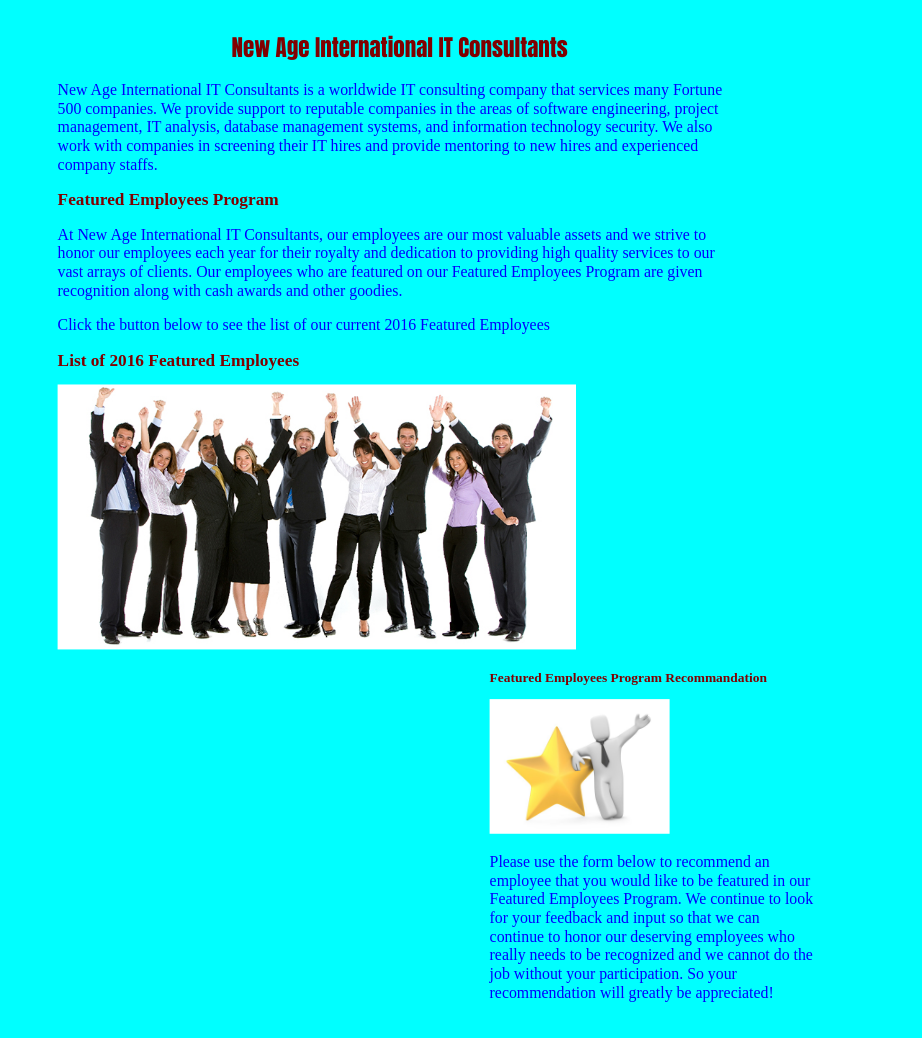
Repository: myjavaweb2/Week5JDBCAssignments
Page: myweek4project/src/main/webapp/employee.html
The author's editor kept a copy of each file at every save. The page is drawn from the files as they stood at one save, then again after the next save.
The browser window is 1280 px wide. The pictures show the whole page, at 72% of full size.

Above is the page before, as saved 2016-08-30 18:05:26.

### myweek4project/src/main/webapp/employee.html
<!DOCTYPE html>
<html>
<head>
<meta charset="ISO-8859-1">
<title>Employee Recognition Program</title>

<link rel="stylesheet" type="text/css" href="styles.css">
</head>
<body>

<main>
<h1>New Age International IT Consultants</h1>
<p>New Age International IT Consultants is a worldwide IT consulting company
that services many Fortune 500 companies. We provide support to reputable
companies in the areas of software engineering, project management, IT analysis,
database management systems, and information technology security. We also work
with companies in screening their IT hires and provide mentoring to new hires
and experienced company staffs.</p>

<h2>Featured Employees Program</h2>
<p>At New Age International IT Consultants, our employees are our most valuable
assets and we strive to honor our employees each year for their royalty and
dedication to providing high quality services to our vast arrays of clients.
Our employees who are featured on our Featured Employees Program are given
recognition along with cash awards and other goodies.</p>




<p>Click the button below to see the list of our current 2016 Featured Employees</p>

<h2>List of 2016 Featured Employees</h2>

<img alt="2016 Featured Employees" src="images/employees.jpg">

</main>

<aside>
<h3>Featured Employees Program Recommandation</h3>

<img alt="2016 Featured Employees" src="images/employee_pride.jpg" width="250px">

<p>Please use the form below to recommend an employee that you would like to be
featured in our Featured Employees Program. We continue to look for your feedback
and input so that we can continue to honor our deserving employees who really
needs to be recognized and we cannot do the job without your participation.
So your recommendation will greatly be appreciated!</p>

</aside>

<footer>

</footer>

</body>
</html>

### myweek4project/src/main/webapp/styles.css
html, body {
	margin: 0;
	padding: 0;
	border: 0;
	font-size: 100%;
	background-color: aqua;
}

header {
	height: 135px;
}

main {
	width: 950px;
	background-color: aqua;
	float: left;
	padding-left: 0;
	padding-right: 0;
	position: relative;
	right: 20px;
  	left: 80px;
  	top: 20px;
  	bottom: 15px;
}

aside {
	width: 450px;
	background-color: aqua;
	float: right;
	padding: 25px;
	padding-right: 150px;
}

footer {
	clear: left;
	padding: 35px;
	border: 5px;
	text-align: center;
}

p {
	font-style: Times New Roman, Tahoma, sans serif;
	font-size: 22px;
	color: blue;
}

h1, h2, h3 {
	font-family: fantasy, serif;
	color:maroon;
}

h1 {
	font-family: "Helvetica-Bold",Impact, sans serif;
	text-align: center;

}

ul {
	color:teal;
	font-size: 20px;
}
a {
	color: purple;
	text-decoration: none;
}

a:hover {

    text-decoration: line-through;
}

After the next save:
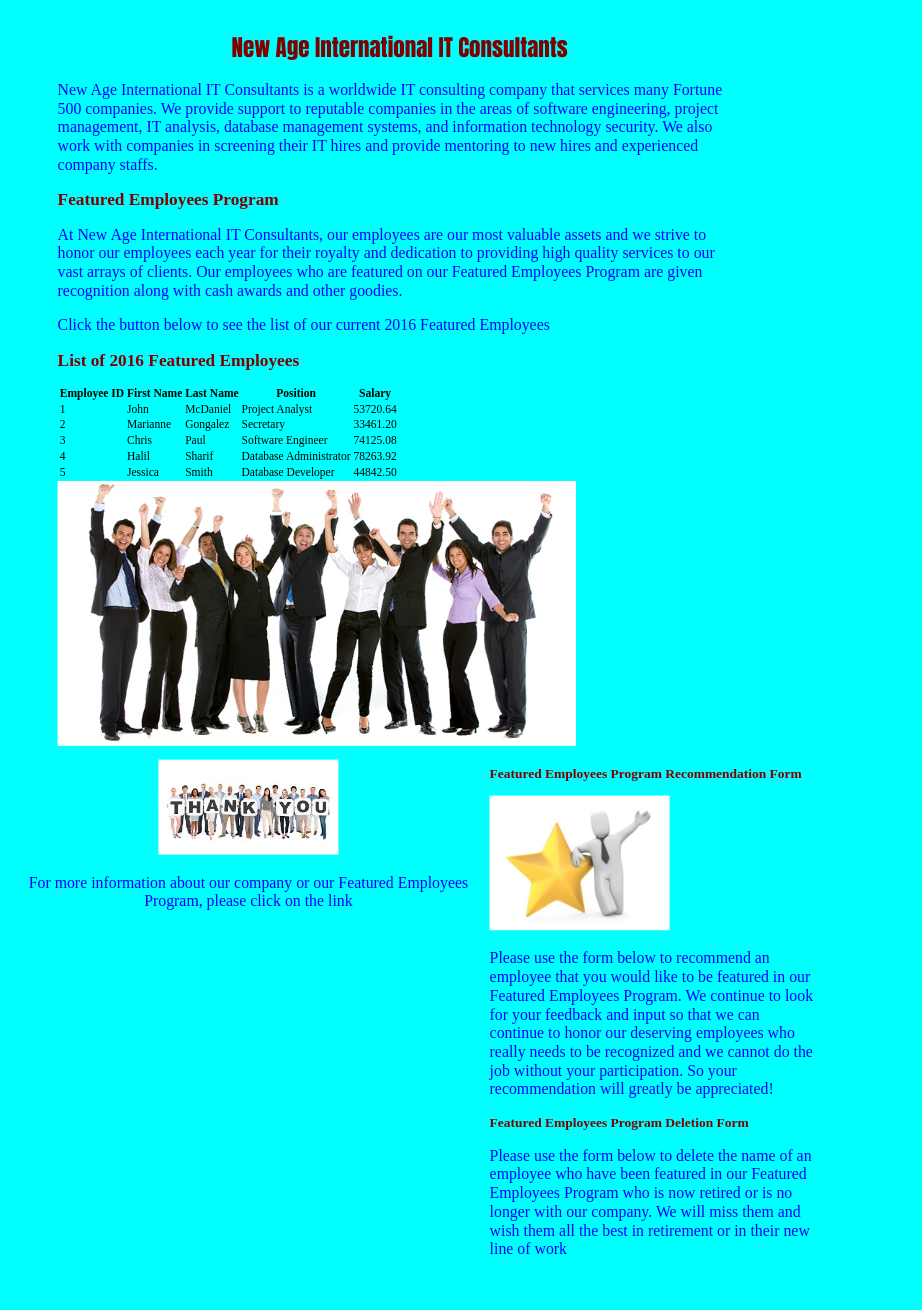
Saved 34 min 16 s later.
--- a/myweek4project/src/main/webapp/employee.html
+++ b/myweek4project/src/main/webapp/employee.html
@@ -31,12 +31,57 @@ recognition along with cash awards and other goodies.</p>
 
 <h2>List of 2016 Featured Employees</h2>
 
+<table class="table table-striped">
+  <tr>
+  	<th>Employee ID</th>
+    <th>First Name</th>
+    <th>Last Name</th>
+    <th>Position</th>
+    <th>Salary</th>
+  </tr>
+  <tr>
+  	<td>1</td>
+    <td>John</td>
+    <td>McDaniel</td>
+    <td>Project Analyst</td>
+    <td>53720.64</td>
+  </tr>
+  <tr>
+    <td>2</td>
+    <td>Marianne</td>
+    <td>Gongalez</td>
+    <td>Secretary</td>
+    <td>33461.20</td>
+  </tr>
+  <tr>
+    <td>3</td>
+    <td>Chris</td>
+    <td>Paul</td>
+    <td>Software Engineer</td>
+    <td>74125.08</td>
+  </tr>
+  <tr>
+    <td>4</td>
+    <td>Halil</td>
+    <td>Sharif</td>
+    <td>Database Administrator</td>
+    <td>78263.92</td>
+  </tr>
+  <tr>
+    <td>5</td>
+    <td>Jessica</td>
+    <td>Smith</td>
+    <td>Database Developer</td>
+    <td>44842.50</td>
+  </tr>
+</table>
+
 <img alt="2016 Featured Employees" src="images/employees.jpg">
 
 </main>
 
 <aside>
-<h3>Featured Employees Program Recommandation</h3>
+<h3>Featured Employees Program Recommendation Form</h3>
 
 <img alt="2016 Featured Employees" src="images/employee_pride.jpg" width="250px">
 
@@ -46,9 +91,25 @@ and input so that we can continue to honor our deserving employees who really
 needs to be recognized and we cannot do the job without your participation.
 So your recommendation will greatly be appreciated!</p>
 
+<form action="">
+
+</form>
+
+<h3>Featured Employees Program Deletion Form</h3>
+
+<p>Please use the form below to delete the name of an employee who have been
+featured in our Featured Employees Program who is now retired or is no longer
+with our company. We will miss them and wish them all the best in retirement
+or in their new line of work</p>
+
 </aside>
 
 <footer>
+
+<img alt="2016 Featured Employees" src="images/employees2.jpg" width="250px">
+
+<p>For more information about our company or our Featured Employees Program, please click on the link</p>
+
 
 </footer>
 
